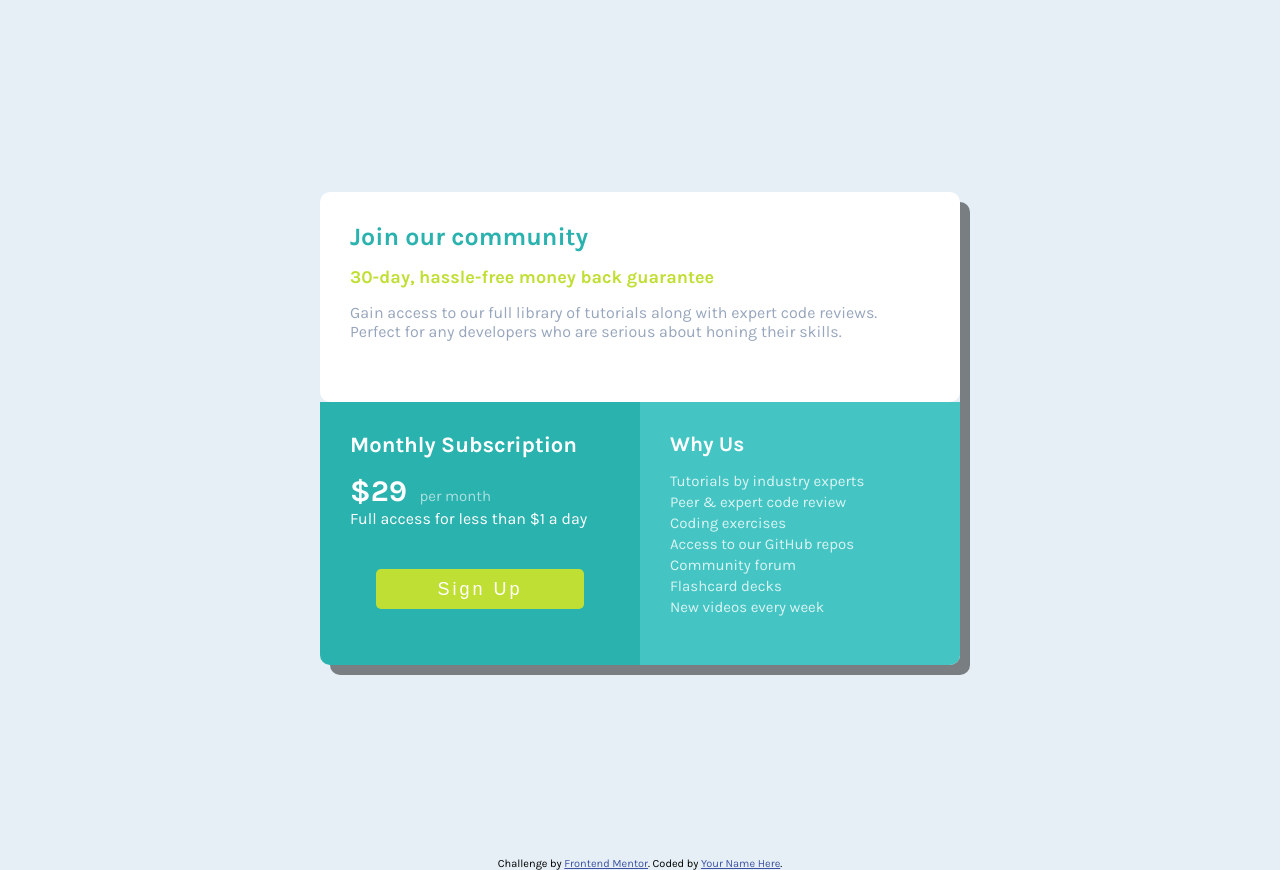
Repository: Pedrohamoura-Git/Frontend-Mentor-Challenges
Page: Newbie/single-price-grid-component-master/index.html
The author's editor kept a copy of each file at every save. The page is drawn from the files as they stood at one save, then again after the next save.
The browser window is 1280 px wide. The pictures show the whole page.

Above is the page before, as saved 2021-05-31 15:57:37.

After the next save:
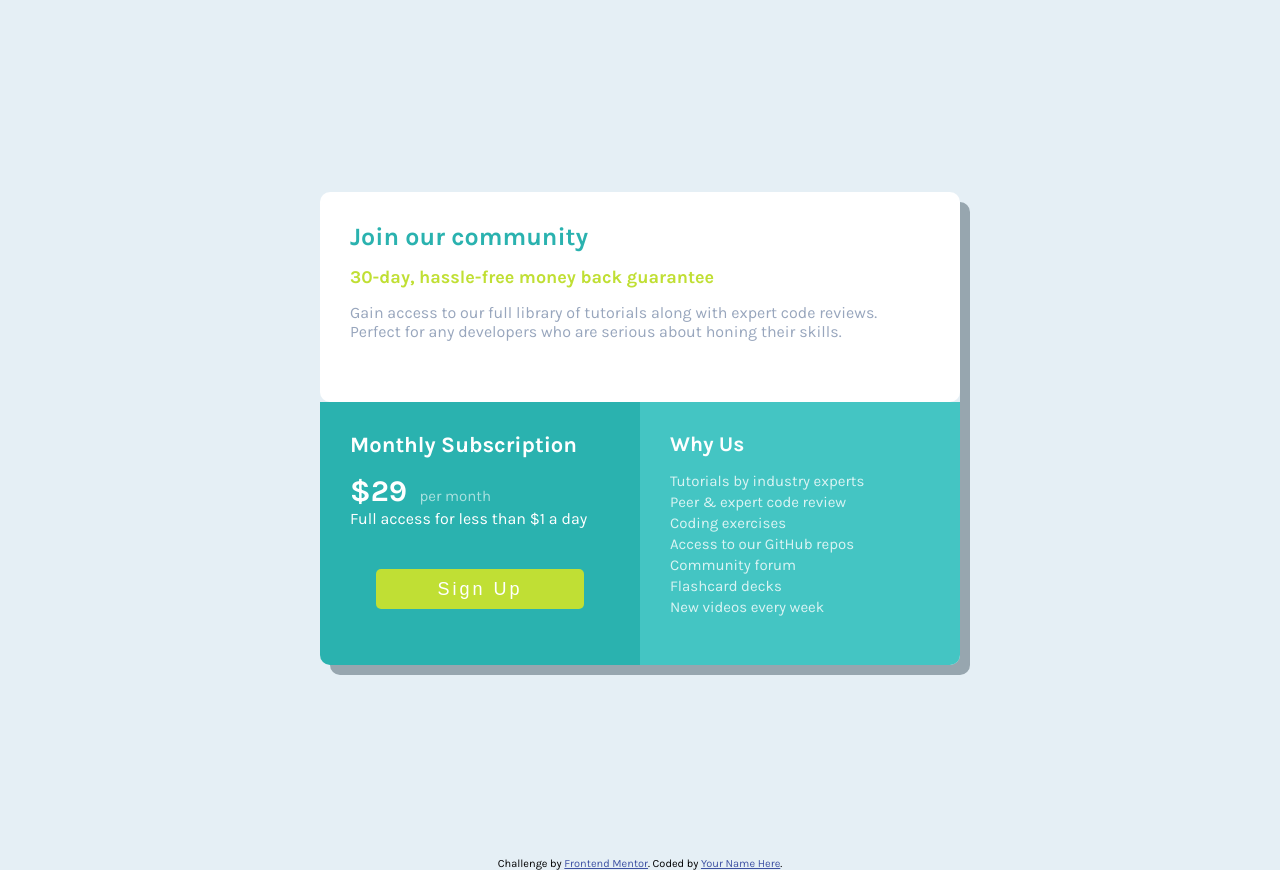
Saved 2 s later.
--- a/Newbie/single-price-grid-component-master/css/style.css
+++ b/Newbie/single-price-grid-component-master/css/style.css
@@ -24,7 +24,7 @@
 */
     #wrapper {
         border-radius: 1rem;
-        box-shadow: 10px 10px hsl(204, 4%, 49%);
+        box-shadow: 10px 10px hsl(203, 13%, 64%);
         display: grid;
         grid-template-rows: repeat(auto-fit, minmax(200px, 1fr));
         margin: 15% auto;
